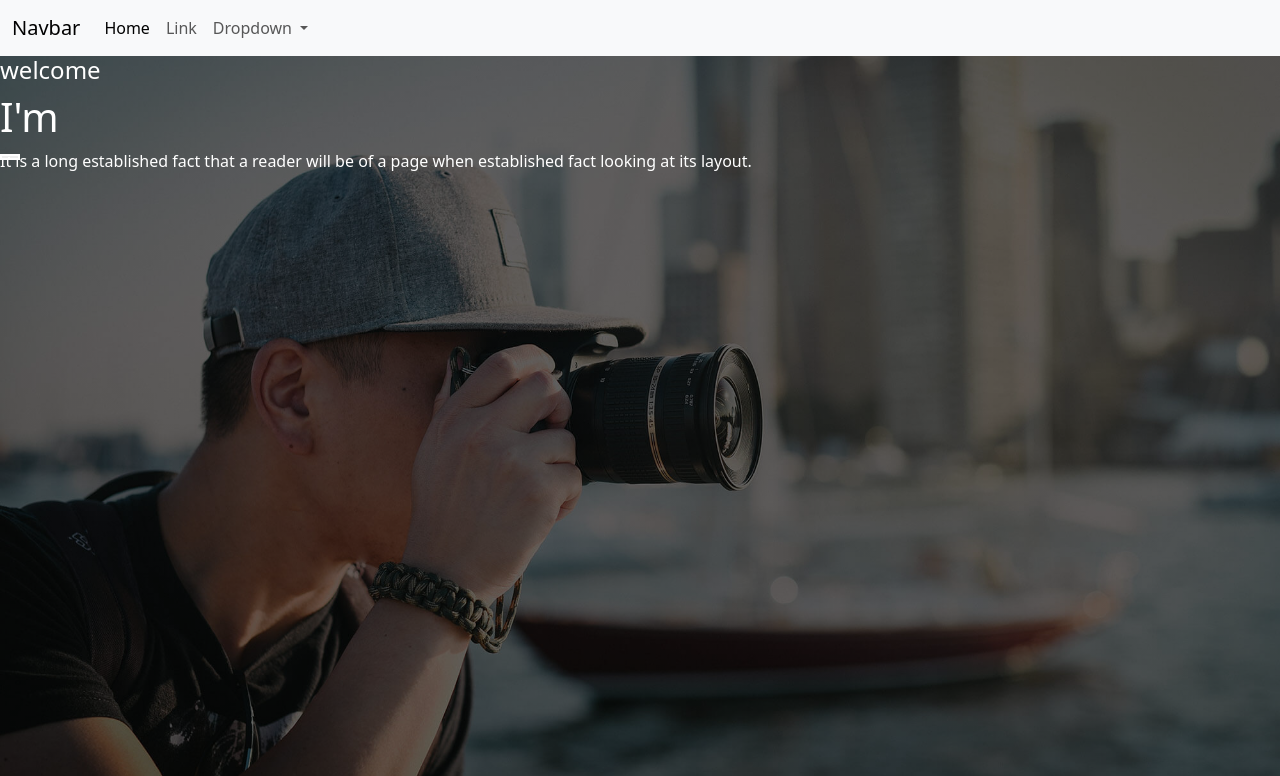
Repository: khaledradwan96/Kerri
Page: index.html
These files come from the project's save history. The page is drawn as it stood at one moment and after the next save; the edit follows.
The browser window is 1280 px wide. The pictures show the whole page.

Above is the page before, as saved 2024-05-06 20:00:04.

### index.html
<!DOCTYPE html>
<html lang="en">

<head>
    <meta charset="UTF-8">
    <meta name="viewport" content="width=device-width, initial-scale=1.0">

    <link rel="stylesheet" href="css/all.min.css">
    <link rel="stylesheet" href="css/bootstrap.min.css">
    <link rel="stylesheet" href="css/style.css">

    <title>Kerri</title>
</head>

<body>

    <nav class="navbar navbar-expand-lg bg-body-tertiary">
        <div class="container-fluid">
            <a class="navbar-brand" href="#">Navbar</a>
            <button class="navbar-toggler" type="button" data-bs-toggle="collapse"
                data-bs-target="#navbarSupportedContent" aria-controls="navbarSupportedContent" aria-expanded="false"
                aria-label="Toggle navigation">
                <span class="navbar-toggler-icon"></span>
            </button>
            <div class="collapse navbar-collapse" id="navbarSupportedContent">
                <ul class="navbar-nav me-auto mb-2 mb-lg-0">
                    <li class="nav-item">
                        <a class="nav-link active" aria-current="page" href="#">Home</a>
                    </li>
                    <li class="nav-item">
                        <a class="nav-link" href="#">Link</a>
                    </li>
                    <li class="nav-item dropdown">
                        <a class="nav-link dropdown-toggle" href="#" role="button" data-bs-toggle="dropdown"
                            aria-expanded="false">
                            Dropdown
                        </a>
                        <ul class="dropdown-menu">
                            <li><a class="dropdown-item" href="#">Action</a></li>
                            <li><a class="dropdown-item" href="#">Another action</a></li>
                            <li>
                                <hr class="dropdown-divider">
                            </li>
                            <li><a class="dropdown-item" href="#">Something else here</a></li>
                        </ul>
                    </li>
                </ul>
            </div>
        </div>
    </nav>

    <header class="position-relative vh-100 text-white">
        <h4>welcome</h4>
        <h1>
            I'm
            <span></span>
        </h1>

        <p>
            It is a long established fact that a reader will be of a page when established fact looking at its layout.
        </p>

        <button class="scroll-btn"></button>

    </header>




    <script src="js/bootstrap.bundle.min.js"></script>
</body>

</html>

### css/style.css
header {
  background-image: linear-gradient(rgba(0, 0, 0, 0.6), rgba(0, 0, 0, 0.6)),
    url(../images/asset\ 15.jpeg);
  background-position: center;
  background-size: cover;
}

.scroll-btn {
  width: 20px;
  height: 35ps;
  border: solid 2px #fff;
  transform: translateY(-50px);
}

.scroll-btn::after {
  content: "";
  background-color: #fff;
  display: block;
  width: 2px;
  position: absolute;
  height: 20%;
}

Loaded but not shown: css/all.min.css (library); css/bootstrap.min.css (library); js/bootstrap.bundle.min.js (library)

After the next save:
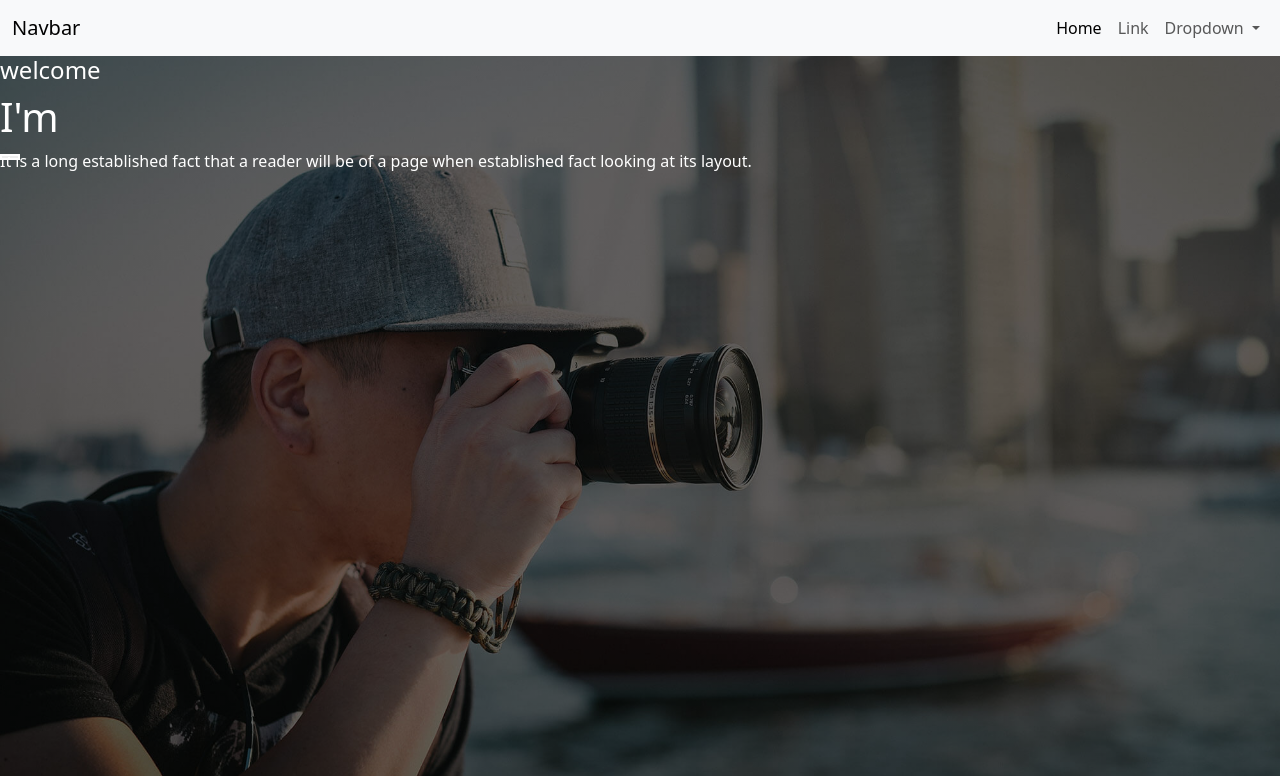
Saved 24 s later.
--- a/index.html
+++ b/index.html
@@ -23,7 +23,7 @@
                 <span class="navbar-toggler-icon"></span>
             </button>
             <div class="collapse navbar-collapse" id="navbarSupportedContent">
-                <ul class="navbar-nav me-auto mb-2 mb-lg-0">
+                <ul class="navbar-nav ms-auto mb-2 mb-lg-0">
                     <li class="nav-item">
                         <a class="nav-link active" aria-current="page" href="#">Home</a>
                     </li>
